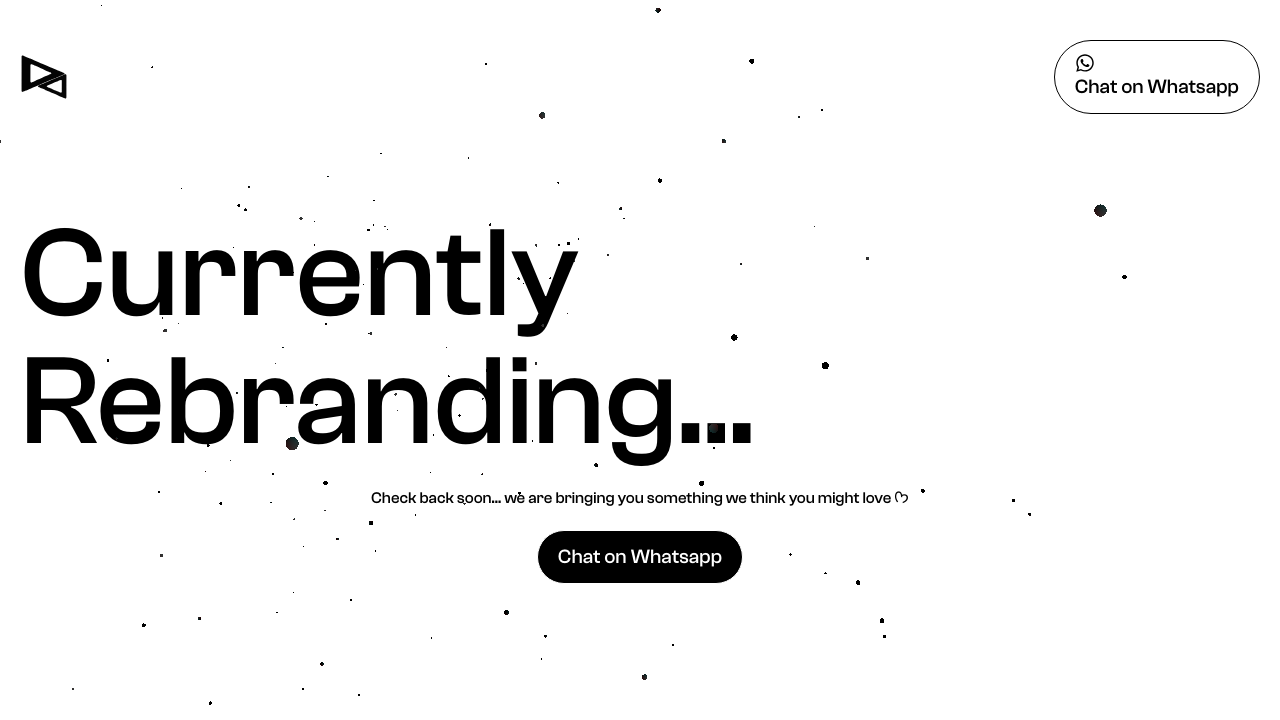
Repository: Cybugg/Nexxistudios-new
Page: /
These files come from the project's save history. The page is drawn as it stood at one moment and after a run of saves; the edit follows.
The browser window is 1280 px wide. The pictures show the whole page.
The project was rebuilt for these pictures with package versions that can differ from the ones it lists, and the page was loaded fresh each time. The framework's server and built-in components were replaced by stand-ins that run in the browser. Also part of the build but not shown: next.config.mjs.

Above is the page before, as saved 2025-09-06 17:47:04.

After the next 7 saves:
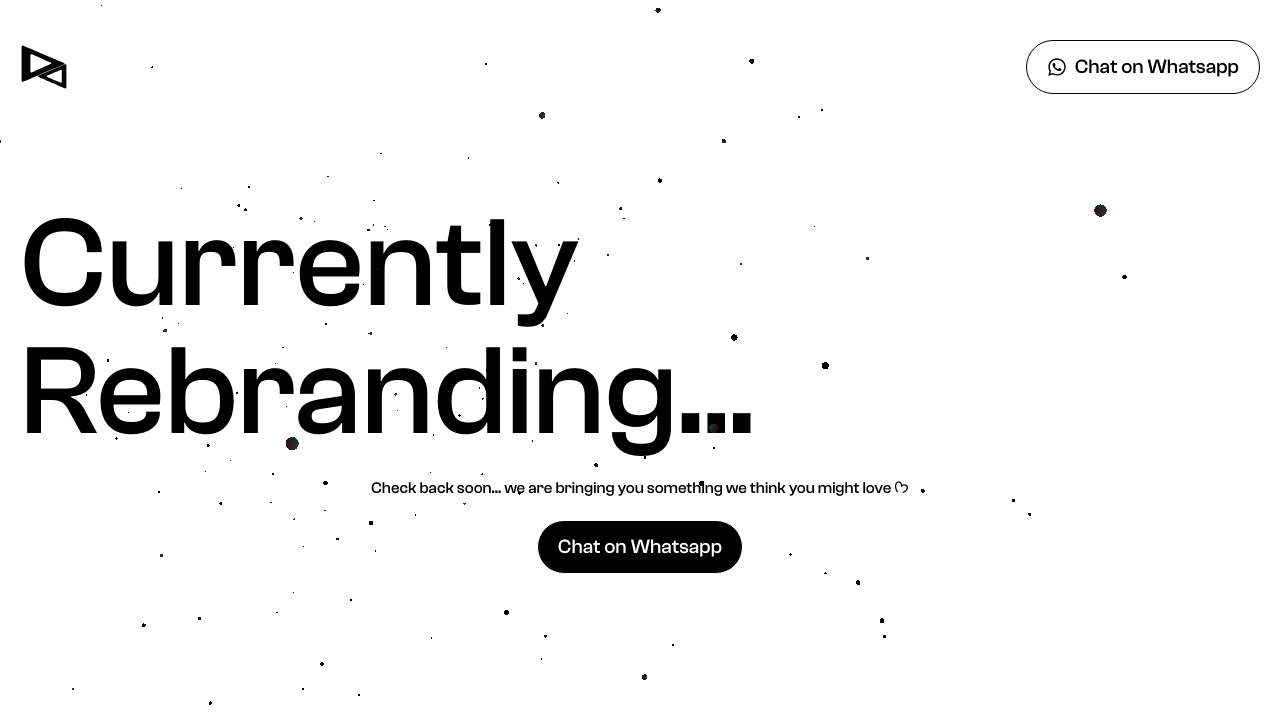
The 7 saves are shown as one change because they came seconds apart.
The last was saved 27 s later.
--- a/app/components/topNav.js
+++ b/app/components/topNav.js
@@ -13,8 +13,8 @@
     </div>
 
       <Link href="https://wa.me/2349117169239?text=Hello%20I%20want%20a%20website%20or%20software%20for%20my%20business" target="_blank"
-      rel="noopener noreferrer" className="py-3 px-5 text-xl z-80 rounded-full border cursor-pointer">
-<FaWhatsapp /> Chat on Whatsapp
+      rel="noopener noreferrer" className="py-3 px-5 text-xl z-80 rounded-full border cursor-pointer flex gap-2 items-center">
+<FaWhatsapp className='' /> Chat on Whatsapp
       </Link>
 
   </div>
